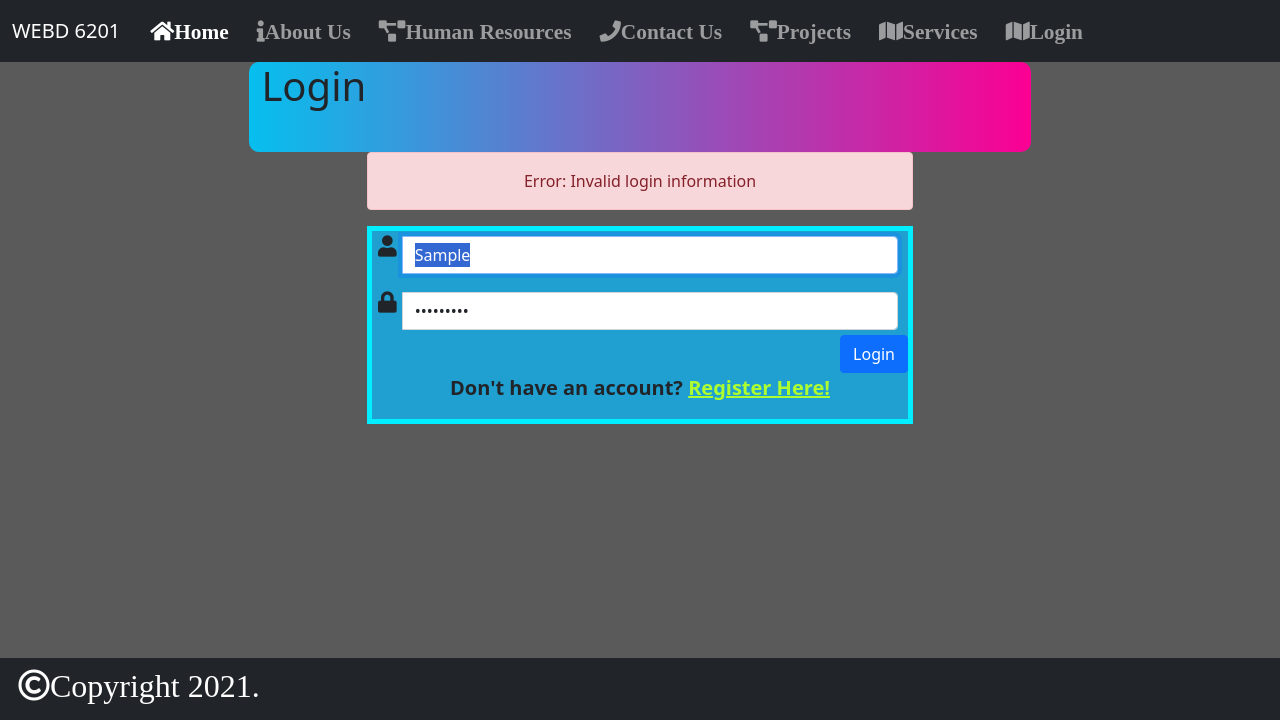
Repository: vans12345678/WEBD6201-W2021-Lab2
Page: login.html
These files come from the project's save history. The page is drawn as it stood at one moment and after the next save; the edit follows.
The browser window is 1280 px wide. The pictures show the whole page.
Empty fields were first filled with sample values (such as "Sample", 5 or name@example.com).
After loading, the first visible `#loginButton` was clicked once.

Above is the page before, as saved 2021-02-25 18:37:15.

After the next save:
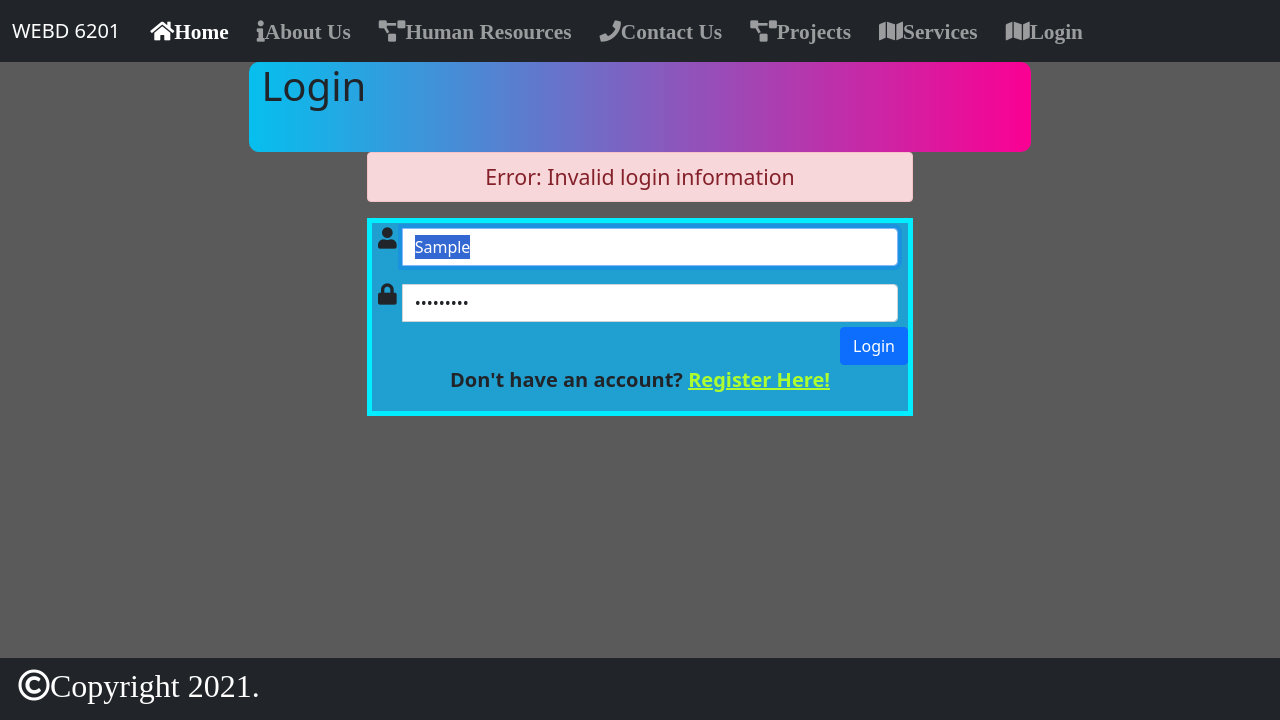
Saved 24 s later.
--- a/Scripts/app.js
+++ b/Scripts/app.js
@@ -234,7 +234,7 @@
                     //display error message
                     username.trigger("focus").trigger("select");
                     messageArea.hidden = false;
-                    messageArea.className = "alert alert-danger text-center ";
+                    messageArea.className = "alert alert-danger text-center fa-lg";
                     messageArea.textContent = "Error: Invalid login information";
                     //messageArea.show().addClass("alert alert-danger").text("Error: Invalid login information");
                 }

After the save that followed:
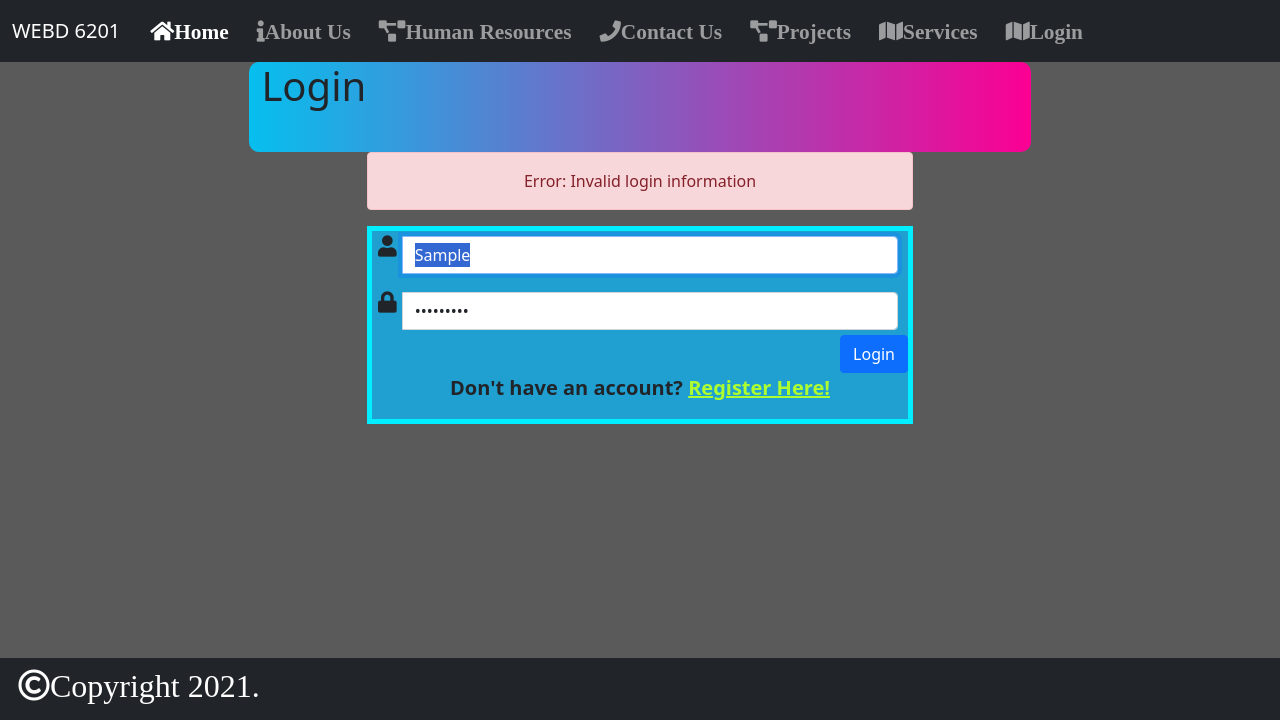
Saved 19 s later.
--- a/Scripts/app.js
+++ b/Scripts/app.js
@@ -234,7 +234,7 @@
                     //display error message
                     username.trigger("focus").trigger("select");
                     messageArea.hidden = false;
-                    messageArea.className = "alert alert-danger text-center fa-lg";
+                    messageArea.className = "alert alert-danger text-center fa-md";
                     messageArea.textContent = "Error: Invalid login information";
                     //messageArea.show().addClass("alert alert-danger").text("Error: Invalid login information");
                 }
